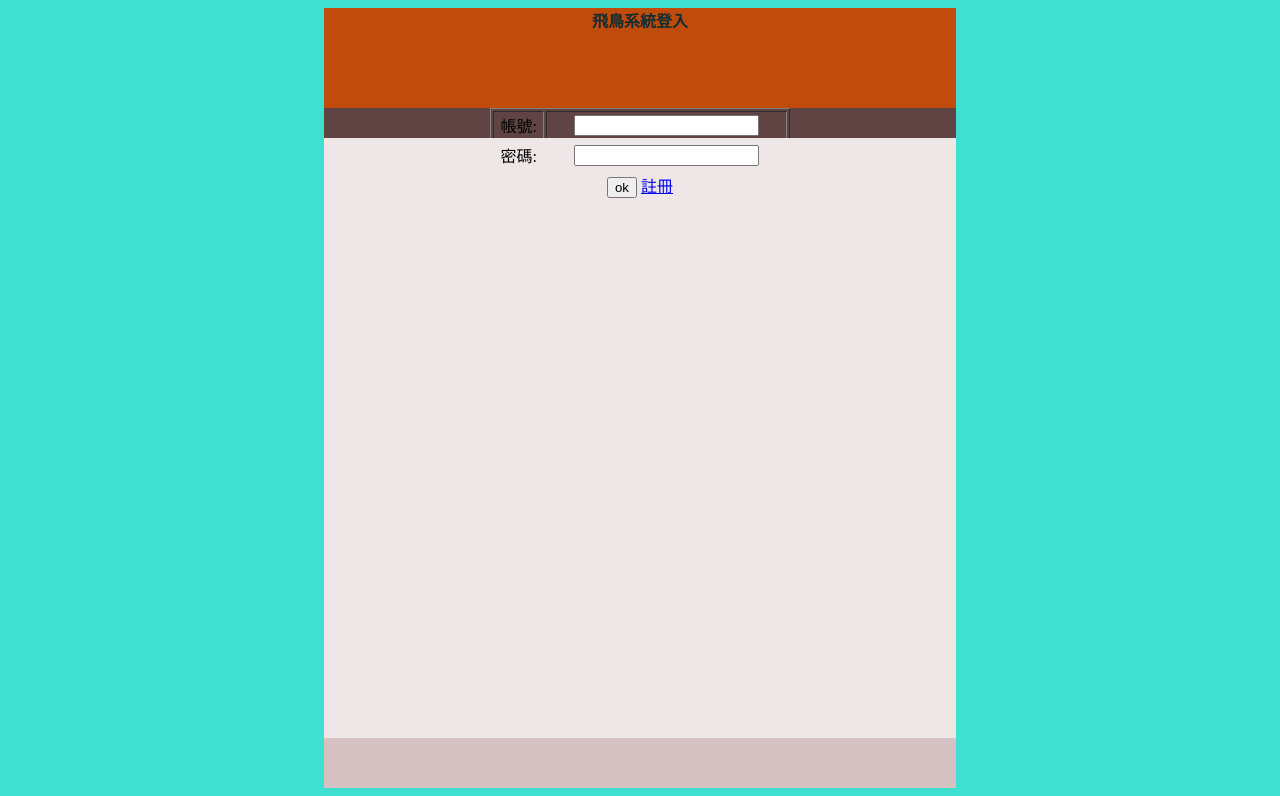
Repository: pride0420/portfolio
Page: Portfolio/1_springBoot/src/main/resources/static/index.html
An editor plug-in stored every save of this project. The page is shown before and after the next save, followed by the edit.
The browser window is 1280 px wide. The pictures show the whole page.

Above is the page before, as saved 2023-11-30 14:27:29.

### Portfolio/1_springBoot/src/main/resources/static/index.html
<!DOCTYPE html>
<html>
<link rel="stylesheet" href="css/index.css">
<head>
<meta charset="utf-8">
<title>Insert title here</title>
</head>
<body>
<form action="login" method="post">
<div id="header" align="center">飛鳥系統登入</div>
	<div id="navigater"><table align="center" border="1" width=300>
		<tr align="center">
			<td>帳號:</td>
			<td><input type="text" name="username"></td>
		</tr>
		<tr align="center">
			<td>密碼:</td>
			<td><input type="password" name="password"></td>
		</tr>
		<tr align="center">
			<td colspan="2"><input type="submit" value="ok">
			<a href="addError">註冊</td>

		</tr>
	</table></div>
</form>
<div id="content"></div>
<div id="footer"></div>
</body>
</html>

### Portfolio/1_springBoot/src/main/resources/static/css/index.css
@charset "BIG5";
body{
	 background-color:  #40e0d0;
}
#header{
	background-color: #C14B0B;
	width: 50%;
	height:100px;
	margin-left: 25%;
	color: #132E32;
	font-weight:800;
	font-size:xx-llarge;
}
#navigater{

	background-color:#604443;
	width: 50%;
	height:30px;
	margin-left: 25%;
}
#nav{
	color:white;
	padding-left:60%;

}
#content{
	background-color:#EFE7E7;
	width: 50%;
	height:600px;
	margin-left: 25%;
}
#footer{
	background-color:#D6C2C2;
	width: 50%;
	height:50px;
	margin-left: 25%;
}

After the next save:
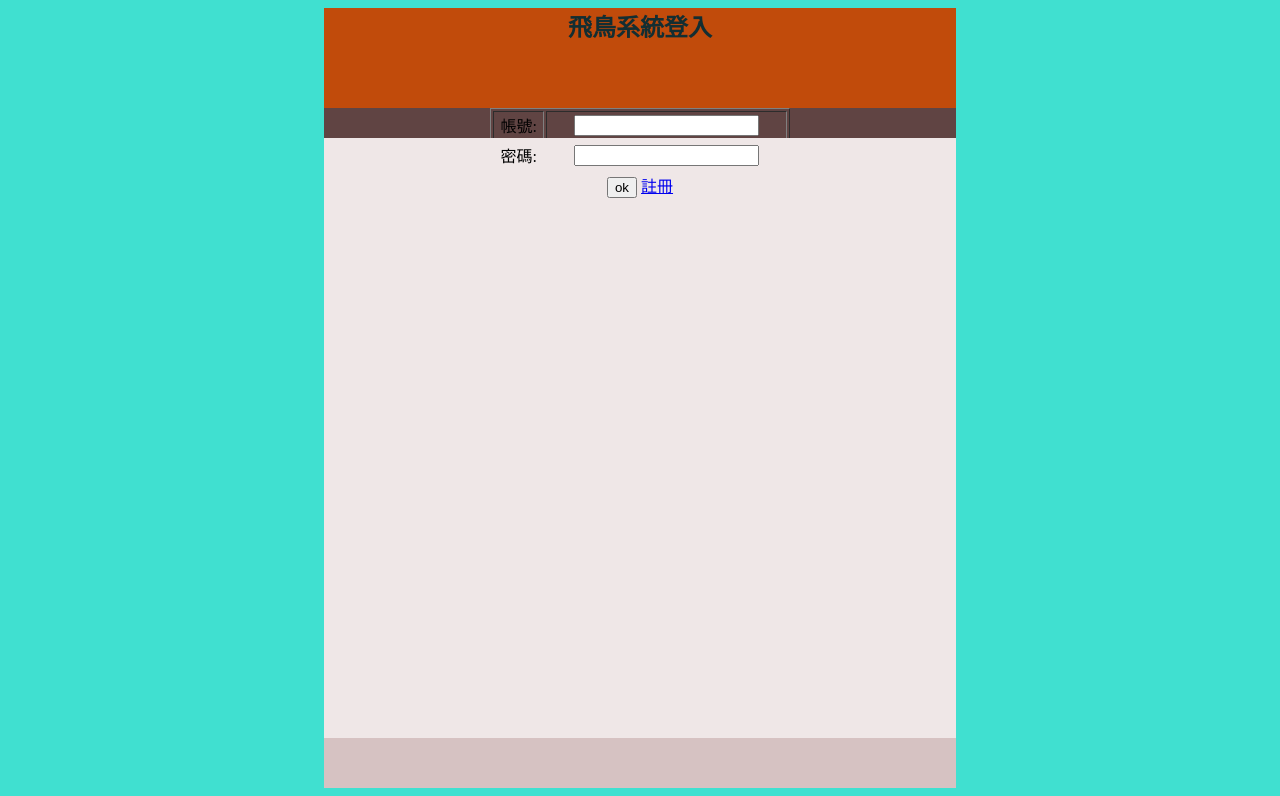
Saved 39 s later.
--- a/Portfolio/1_springBoot/src/main/resources/static/css/index.css
+++ b/Portfolio/1_springBoot/src/main/resources/static/css/index.css
@@ -9,7 +9,7 @@ body{
 	margin-left: 25%;
 	color: #132E32;
 	font-weight:800;
-	font-size:xx-llarge;
+	font-size:x-large;
 }
 #navigater{
 
